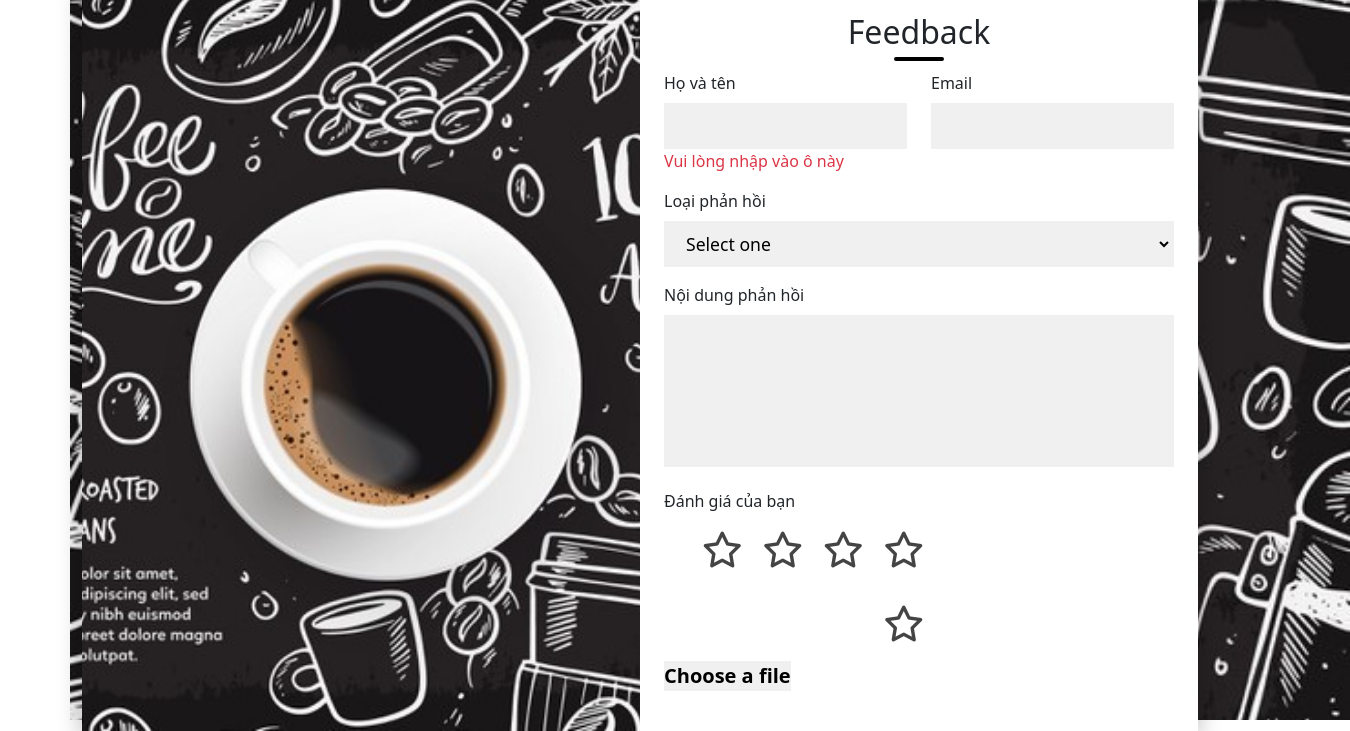
Repository: LeDongGyC/html-css
Page: HTML CSS/prototype/index.html
These files come from the project's save history. The page is drawn as it stood at one moment and after a run of saves; the edit follows.
The browser window is 1280 px wide. The page is 1350 px wide, then 1280 px, so the pictures cover 1350 px, including what lies to the right of the window. The pictures show the whole page.
Some web libraries are served in a nearby version. The style sheet was rebuilt from its Sass, Less or Tailwind sources for each picture, by a compiler version that may differ from the author's.

Above is the page before, as saved 2023-05-24 12:09:13.

After the next 3 saves:
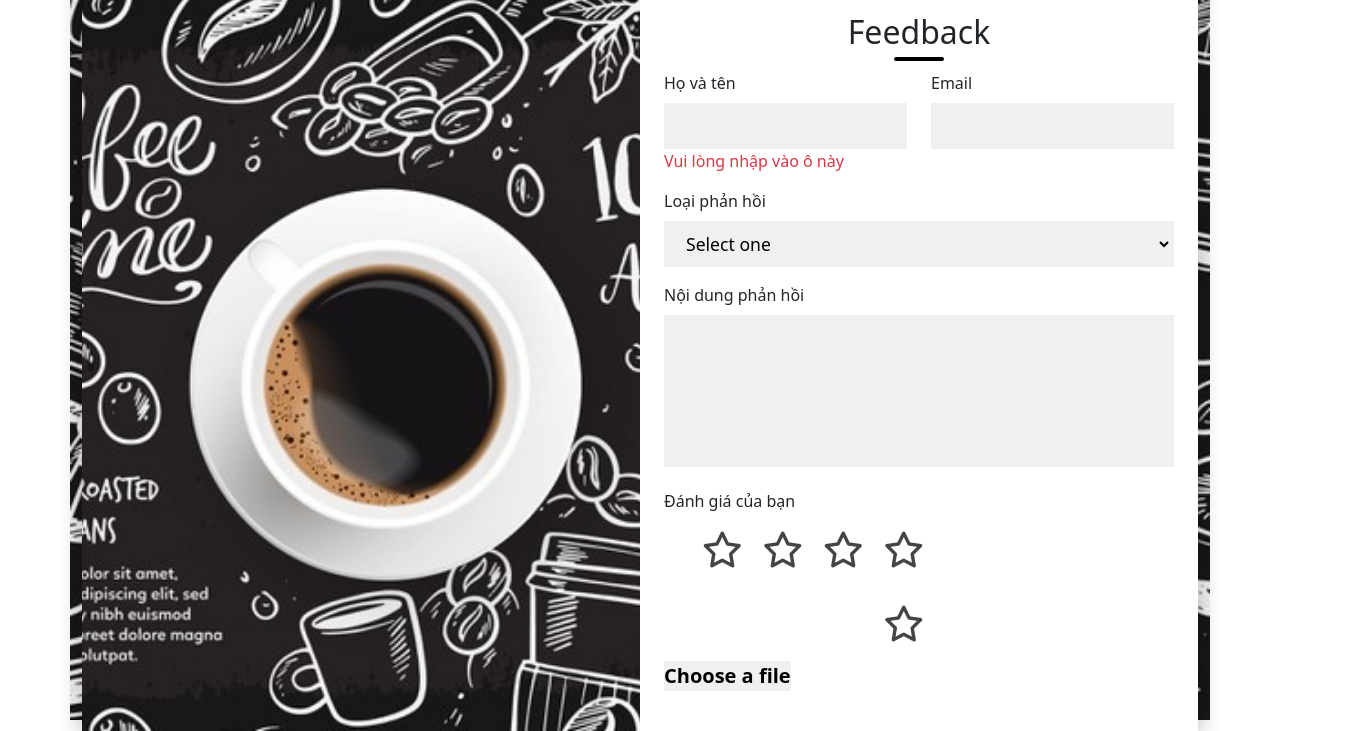
The 3 saves are shown as one change because they came seconds apart.
The last was saved 12 s later.
--- a/HTML CSS/prototype/style.scss
+++ b/HTML CSS/prototype/style.scss
@@ -22,11 +22,11 @@ body {
   &::after {
     content: "";
     position: absolute;
-    width: 100vw;
-    height: 100vh;
+    width: 100%;
+    height: 100%;
     left: 0;
     top: 0;
-    background: url("cafe.jpg") no-repeat center;
+    background: url("cafe.jpg") no-repeat ;
     background-size: cover;
     // filter: blur(50px);
     z-index: -1;
